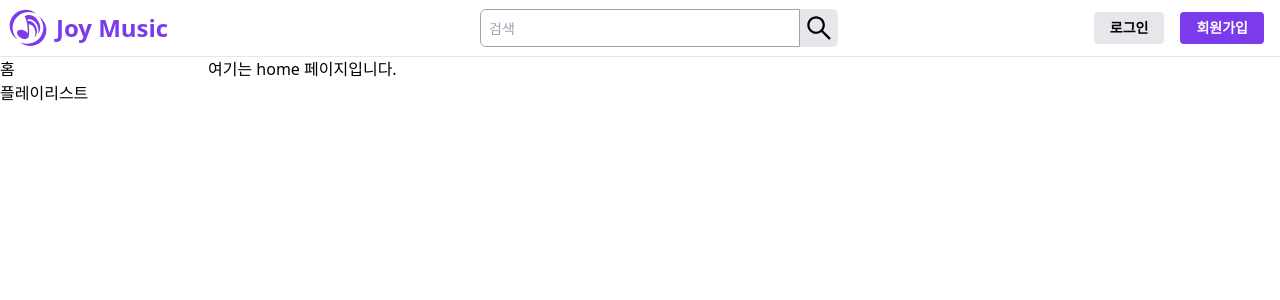
Repository: momo0170/streaming
Page: /
The author's editor kept a copy of each file at every save. The page is drawn from the files as they stood at one save, then again after a run of saves.
The browser window is 1280 px wide. The pictures show the whole page.
The project was rebuilt for these pictures with package versions that can differ from the ones it lists, and the page was loaded fresh each time. Also part of the build but not shown: src/App.css, src/router/Playlist.jsx.

Above is the page before, as saved 2023-09-23 11:19:10.

After the next 3 saves:
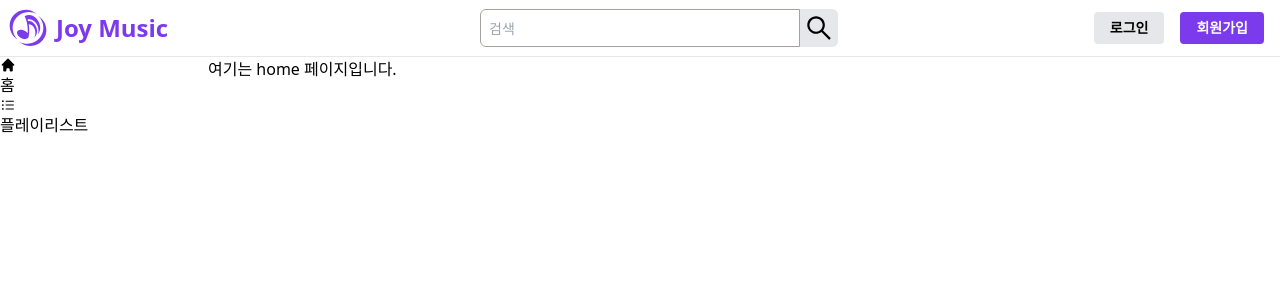
The 3 saves are shown as one change because 2 did not build or start.
The last was saved 7 min 34 s later.
--- a/src/components/MenuButton.jsx
+++ b/src/components/MenuButton.jsx
@@ -1,6 +1,13 @@
 import React from 'react';
 import { Link } from 'react-router-dom';
+import { HiHome, HiOutlineHome } from 'react-icons/hi';
+import { IoIosListBox, IoIosList } from 'react-icons/io';
 
 export default function MenuButton({ text, path }) {
-  return <Link to={path}>{text}</Link>;
+  return (
+    <Link to={path}>
+      {text === '홈' ? <HiHome /> : <IoIosList />}
+      <span>{text}</span>
+    </Link>
+  );
 }
